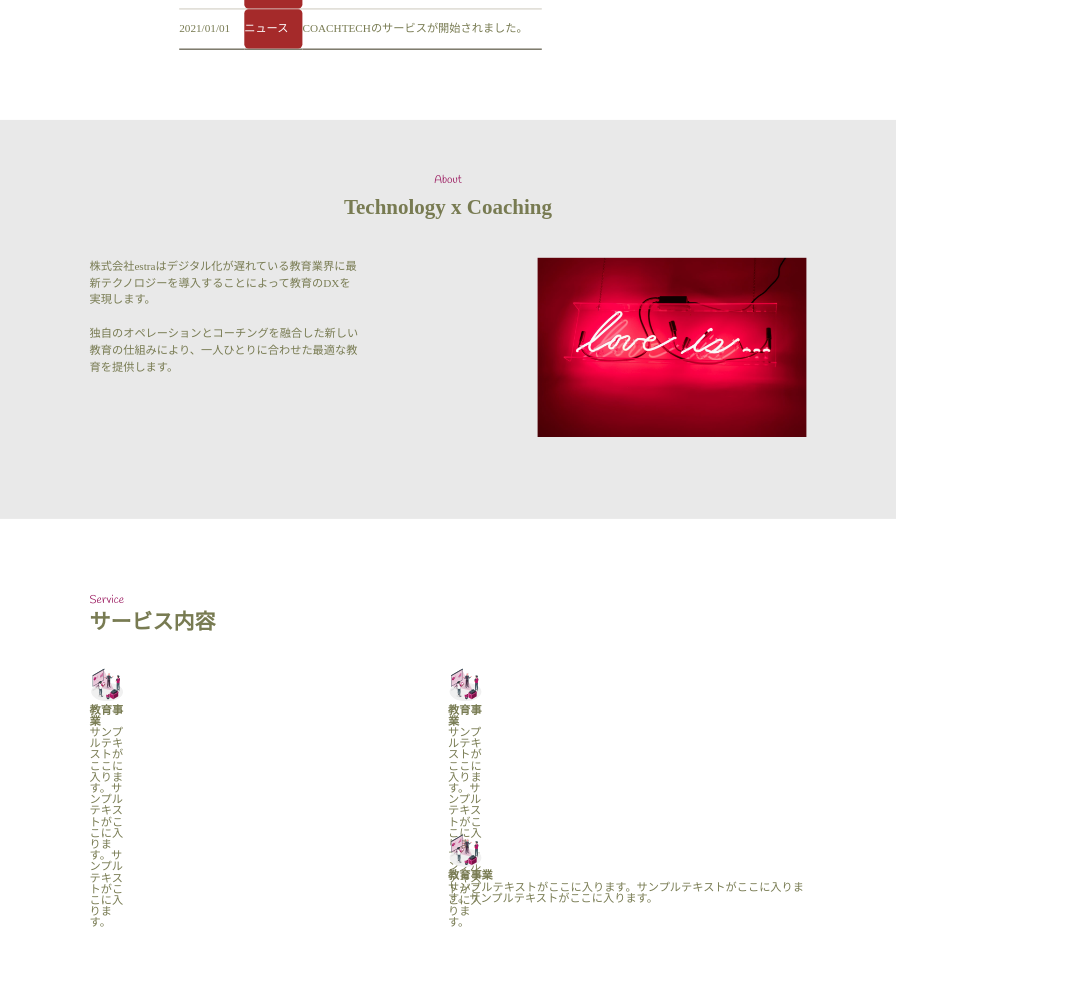
Repository: masanarimiura/20220504miura
Page: index.html
An editor plug-in stored every save of this project. The page is shown before and after a run of saves, followed by the edit.
The browser window is 1280 px wide. The page is 1536 px wide, so the pictures cover 1536 px, including what lies to the right of the window. The pictures show the part of the page from y = 965 to 2565 px (the page is 2393 px tall before and 2565 px after), at 70% of full size.
Some web fonts or font styles are not loaded; a fallback is used.

Above is the page before, as saved 2022-05-04 21:50:23.

### index.html
<!DOCTYPE html>
<html lang="ja">

<head>
  <meta charset="UTF-8">
  <meta http-equiv="X-UA-Compatible" content="IE=edge">
  <meta name="viewport" content="width=device-width, initial-scale=1.0">
  <title>20220504miura</title>
  <link rel="stylesheet" href="css/reset.css">
  <link rel="stylesheet" href="css/style.css">
  <link rel="preconnect" href="https://fonts.googleapis.com">
  <link rel="preconnect" href="https://fonts.gstatic.com" crossorigin>
  <link href="https://fonts.googleapis.com/css2?family=Gochi+Hand&display=swap" rel="stylesheet">
  <link rel="preconnect" href="https://fonts.googleapis.com">
  <link rel="preconnect" href="https://fonts.gstatic.com" crossorigin>
  <link href="https://fonts.googleapis.com/css2?family=Handlee&display=swap" rel="stylesheet">
</head>

<header class="header">
  <div class="header-inner">
    <div class="header-logo">
      <a href="">ssssssss
        <img src="img/estra_logo.png" alt="">
      </a>
    </div>
    <nav class="header-nav">
      <ul class="header-nav-list">
        <li class="header-nav-item"><a href="" class="header-nav-link">
            News
          </a></li>
        <li class="header-nav-item"><a href="" class="header-nav-link">
            About
          </a></li>
        <li class="header-nav-item"><a href="" class="header-nav-link">
            Service
          </a></li>
        <li class="header-nav-item"><a href="" class="header-nav-link">
            Blog
          </a></li>
        <li class="header-nav-item"><a href="" class="header-nav-link">
            Company
          </a></li>
        <li class="header-nav-item"><a href="" class="header-nav-link">
            Contact
          </a></li>
      </ul>
    </nav>
  </div>
</header>
<div class="firstview">
  <img src="img/firstview.jpg" alt="">
  <div class="firstview-inner">
    <h2 class="firstview-ttl">
      Commit to the <span class="firstview-text-emphasis">growth</span> <br>for everone
    </h2>
    <div class="firstview">
      <p class="firstview-text">
        全ての人の<span class="firstview-text-emphasis">成長</span>にコミットする
      </p>
      <p class="firstview-en">
        Educational Technology Company <br>estra inc 2019
      </p>
    </div>
  </div>
</div>
<div class="news">
  <p class="news-icon icon">News</p>
  <h2 class="news-ttl">新着情報
  </h2>
  <table class="news-table">
    <tr class="news-table-tr">
      <td class="news-table-date">2021/01/01</td>
      <td class="news-table-news">ニュース</td>
      <td class="news-table-text">COACHTECHのサービスが開始されました。</td>
    </tr>
    <tr class="news-table-tr">
      <td class="news-table-date">2021/01/01</td>
      <td class="news-table-news">ニュース</td>
      <td class="news-table-text">COACHTECHのサービスが開始されました。</td>
    </tr>
    <tr class="news-table-tr">
      <td class="news-table-date">2021/01/01</td>
      <td class="news-table-news">ニュース</td>
      <td class="news-table-text">COACHTECHのサービスが開始されました。</td>
    </tr>
    <tr class="news-table-tr">
      <td class="news-table-date">2021/01/01</td>
      <td class="news-table-news">ニュース</td>
      <td class="news-table-text">COACHTECHのサービスが開始されました。</td>
    </tr>
    <tr class="news-table-tr">
      <td class="news-table-date">2021/01/01</td>
      <td class="news-table-news">ニュース</td>
      <td class="news-table-text">COACHTECHのサービスが開始されました。</td>
    </tr>
  </table>
</div>
<div class="about">
  <div class="about-top">
    <div class="about-icon icon">About</div>
    <h2 class="about-ttl">Technology x Coaching</h2>
  </div>
  <div class="about-inner">
    <div class="about-text">
      <p class="about-text-content">
        株式会社estraはデジタル化が遅れている教育業界に最新テクノロジーを導入することによって教育のDXを実現します。　<br><br>
        独自のオペレーションとコーチングを融合した新しい教育の仕組みにより、一人ひとりに合わせた最適な教育を提供します。
      </p>
    </div>
    <img src="img/about.jpg" alt="">
  </div>
</div>
<div class="service">
  <div class="service-top">
    <div class="service-icon icon">Service</div>
    <h2 class="service-ttl">サービス内容</h2>
  </div>
  <div class="service-box">
    <div class="service-box1">
      <img src="img/service__first.svg" alt="" class="service-img">
      <h3 class="service-box-ttl1">教育事業</h3>
      <p class="service-box-text1">サンプルテキストがここに入ります。サンプルテキストがここに入ります。サンプルテキストがここに入ります。</p>
    </div>
    <div class="service-box2">
      <img src="img/service__first.svg" alt="" class="service-img">
      <h3 class="service-box-ttl2">教育事業</h3>
      <p class="service-box-text2">サンプルテキストがここに入ります。サンプルテキストがここに入ります。サンプルテキストがここに入ります。</p>
    </div>
    <div class="service-box3">
      <img src="img/service__first.svg" alt="" class="service-img">
      <h3 class="service-box-ttl3">教育事業</h3>
      <p class="service-box-text3">サンプルテキストがここに入ります。サンプルテキストがここに入ります。サンプルテキストがここに入ります。</p>
    </div>
  </div>
</div>

<body>

</body>

</html>

### css/style.css
* {
  color: rgb(120, 123, 82);
}
a {
  text-decoration: none;
  color: inherit;
}
.header {
  width: 100%;
}
.header-inner {
  display: flex;
  justify-content: space-between;
  margin: 10px 20px;
}
.header img {
  width: 100px;
}
.header-nav {
  margin: 10px 20px;
}
.header-nav-list {
  display: flex;
  justify-content: center;
}
.header-nav-item:not(:last-child) {
  padding-right: 20px;
}
.firstview {
  width: 100%;
  position: relative;
}
.firstview-inner {
  position: absolute;
  top: 20%;
  left: 20%;
  width: 100%;
}
.firstview img {
  width: 60%;
  margin: 0 0 0 auto;
  display: block;
}
.firstview-ttl {
  color: rgb(119, 21, 70);
  font-size: 50px;
  font-family: "Gochi Hand", cursive;
  line-height: 1.5;
}
.firstview-text {
  color: rgb(119, 21, 70);
  font-size: 20px;
  margin-top: 30px;
}
.firstview-en {
  line-height: 1.5;
  margin-top: 10px;
}
.firstview-text-emphasis {
  color: rgb(32, 134, 172);
  font-weight: bold;
}
.news {
  margin: 100px auto 0;
  width: 60%;
}
.icon {
  color: rgb(153, 21, 92);
  font-family: "Handlee", cursive;
  line-height: 2;
}
.news-ttl {
  font-size: 30px;
  color: rgb(114, 110, 95);
}
.news-table {
  align-items: center;
  border-top: 2px solid rgb(114, 110, 95);
  border-bottom: 2px solid rgb(114, 110, 95);
  margin-top: 20px;
}
.news-table-tr {
  border-bottom: 1px solid rgb(182, 177, 160);
  padding: 30px 0;
}
.news-table-tr td {
  padding: 20px 20px 20px 0;
}
.news-table-news {
  background-color: brown;
  display: inline-block;
  padding: 1px 1px;
  border-radius: 6px;
  margin: 0 0;
  text-align: center;
  align-items: center;
  color: #fff;
}
.about {
  width: 100%;
  background-color: rgb(233, 233, 233);
  margin-top: 100px;
  line-height: 1.5;
  height: 500px;
  padding: 50px 0 20px;
}
.about-top {
  text-align: center;
  margin: 20px;
}
.about-ttl {
  font-size: 30px;
  margin-bottom: 50px;
}
.about-inner {
  display: flex;
  justify-content: space-around;
}
.about-text {
  width: 30%;
}
.about-inner img {
  width: 30%;
}
.service {
  width: 80%;
  margin: 100px auto 0;
}
.service-top {
  margin-bottom: 50px;
}
.service-ttl {
  font-size: 30px;
}
.service-box {
  display: grid;
  grid-template-rows: 50% 50%;
  grid-template-columns: 50% 50%;
}
.service-box1,
.service-box2,
.service-box3 img {
  width: 50px;
}
.service-box1 {
  grid-column: 1/2;
  grid-row: 1/3;
}
.service-box2 {
  grid-column: 2/3;
  grid-row: 1/2;
}
.service-box3 {
  grid-column: 2/3;
  grid-row: 2/3;
}

Loaded but not shown: css/reset.css (common file)

After the next 2 saves:
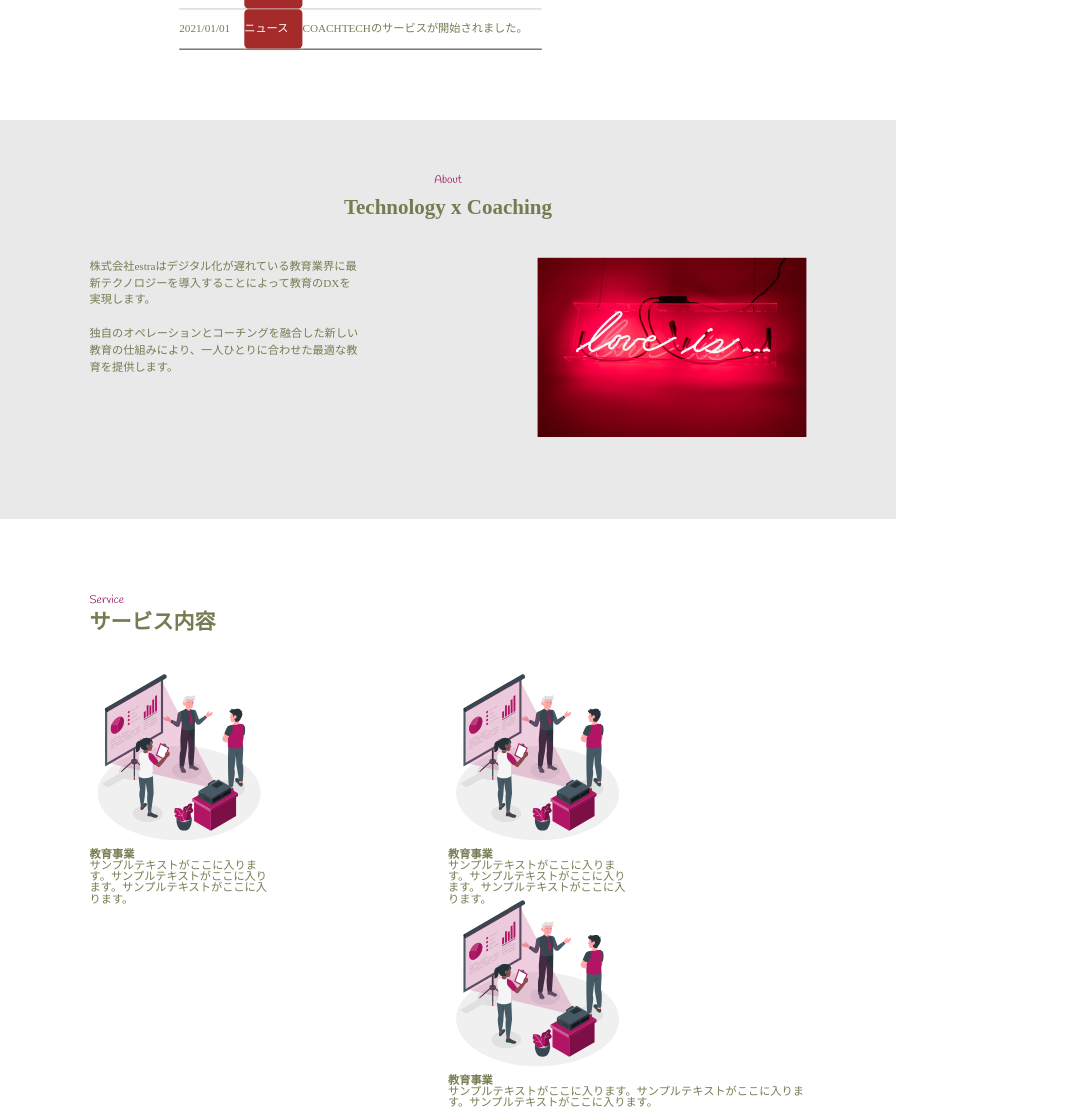
The 2 saves are shown as one change because they came seconds apart.
The last was saved 24 s later.
--- a/css/style.css
+++ b/css/style.css
@@ -140,7 +140,7 @@ a {
 .service-box1,
 .service-box2,
 .service-box3 img {
-  width: 50px;
+  width: 50%;
 }
 .service-box1 {
   grid-column: 1/2;
